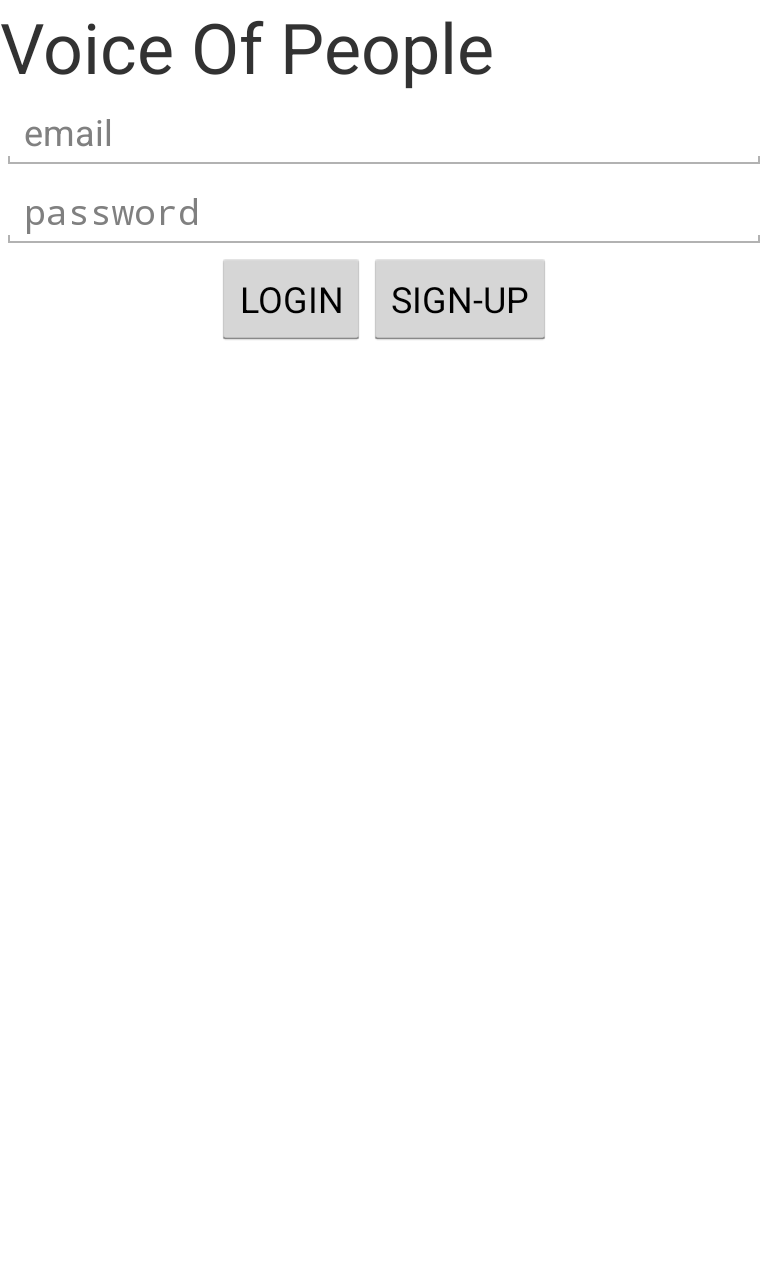
Repository: elvispap/The_Voice_of_People_Android_app
Layout: Voice of People/res/layout/login.xml
These files come from the project's save history. The layout is drawn as it stood at one moment and after the next save; the edit follows.
It is drawn on a 768 x 1280 px phone screen (xhdpi) without system bars, with theme AppTheme; the app's code is not run.

Above is the layout before, as saved 2014-01-02 16:11:34.

### Voice of People/res/layout/login.xml
<?xml version="1.0" encoding="utf-8"?>
<LinearLayout xmlns:android="http://schemas.android.com/apk/res/android"
    android:layout_width="250dp"
    android:layout_height="wrap_content"
    android:orientation="vertical"
    android:layout_gravity="center" >

    <TextView
        android:layout_width="match_parent"
        android:layout_height="wrap_content"
        android:text="Voice Of People"
        android:textSize="35dp"/>

    <EditText
        android:id="@+id/email"
        android:layout_width="match_parent"
        android:layout_height="wrap_content"
        android:ems="10"
        android:hint="email"
        android:inputType="textEmailAddress" />

    <EditText
        android:id="@+id/password"
        android:layout_width="match_parent"
        android:layout_height="wrap_content"
        android:ems="10"
        android:hint="password"
        android:inputType="textPassword" />

    <LinearLayout
    	    android:orientation="horizontal"
    	    android:layout_width="wrap_content"
       	    android:layout_height="wrap_content"
    	    android:layout_gravity="center">
    	 <Button
	        android:id="@+id/login_button"
	        android:layout_width="wrap_content"
	        android:layout_height="wrap_content"
	        android:text="LOGIN" />

	    <Button
	        android:id="@+id/signup_button"
	        android:layout_width="wrap_content"
	        android:layout_height="wrap_content"
	        android:text="SIGN-UP" />
    </LinearLayout>


</LinearLayout>

Loaded but not shown: Voice of People/res/values/styles.xml (common file); Voice of People/res/values-v11/styles.xml (common file); Voice of People/res/values-v14/styles.xml (common file)

After the next save:
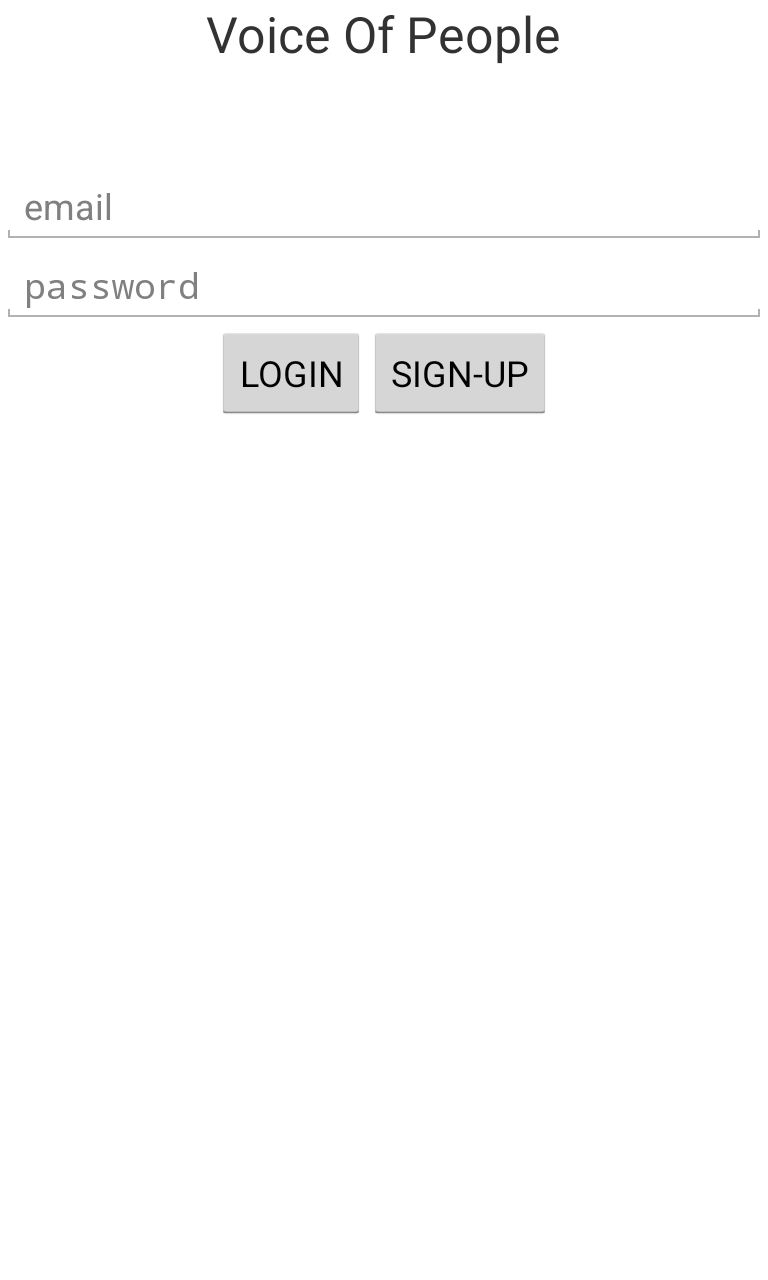
Saved 3 min 38 s later.
--- a/Voice of People/res/layout/login.xml
+++ b/Voice of People/res/layout/login.xml
@@ -3,13 +3,16 @@
     android:layout_width="250dp"
     android:layout_height="wrap_content"
     android:orientation="vertical"
-    android:layout_gravity="center" >
+    android:layout_gravity="center_horizontal"
+    android:layout_marginTop="50dp">
 
     <TextView
-        android:layout_width="match_parent"
+        android:layout_width="wrap_content"
         android:layout_height="wrap_content"
+        android:layout_gravity="center_horizontal"
         android:text="Voice Of People"
-        android:textSize="35dp"/>
+        android:textSize="25dp"
+        android:layout_marginBottom="50dp"/>
 
     <EditText
         android:id="@+id/email"
